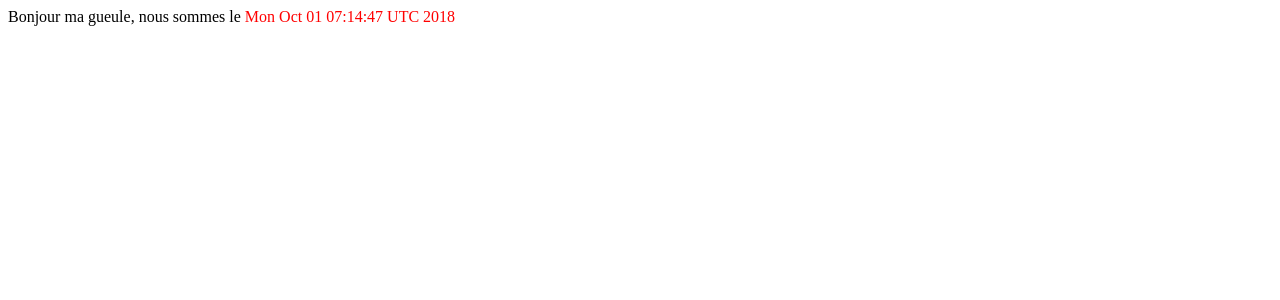
Repository: FabiendeBelleville/test
Page: http://localhost/fabienFormulaire/
The author's editor kept a copy of each file at every save. The page is drawn from the files as they stood at one save, then again after the next save.
The browser window is 1280 px wide. The pictures show the whole page.
The page is served by Tomcat 9.

Above is the page before, as saved 2018-10-02 07:47:36.

After the next save:
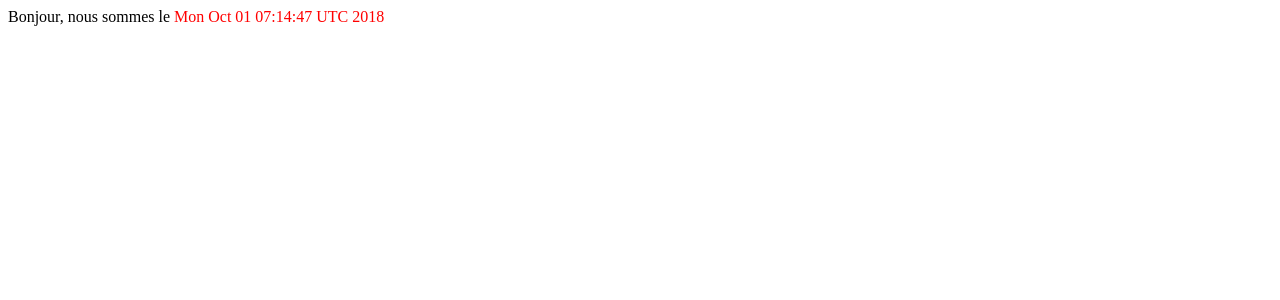
Saved 5 s later.
--- a/GTM-eclipse-workspace-Fabien_Drouin/fabienFormulaire/WebContent/index.jsp
+++ b/GTM-eclipse-workspace-Fabien_Drouin/fabienFormulaire/WebContent/index.jsp
@@ -9,7 +9,7 @@
 <title>Fabien Démo JSP</title>
 </head>
 <body>
-	Bonjour ma gueule, nous sommes le
+	Bonjour, nous sommes le
 	<font color="red"><%=new Date()%></font>
 </body>
 </html>
